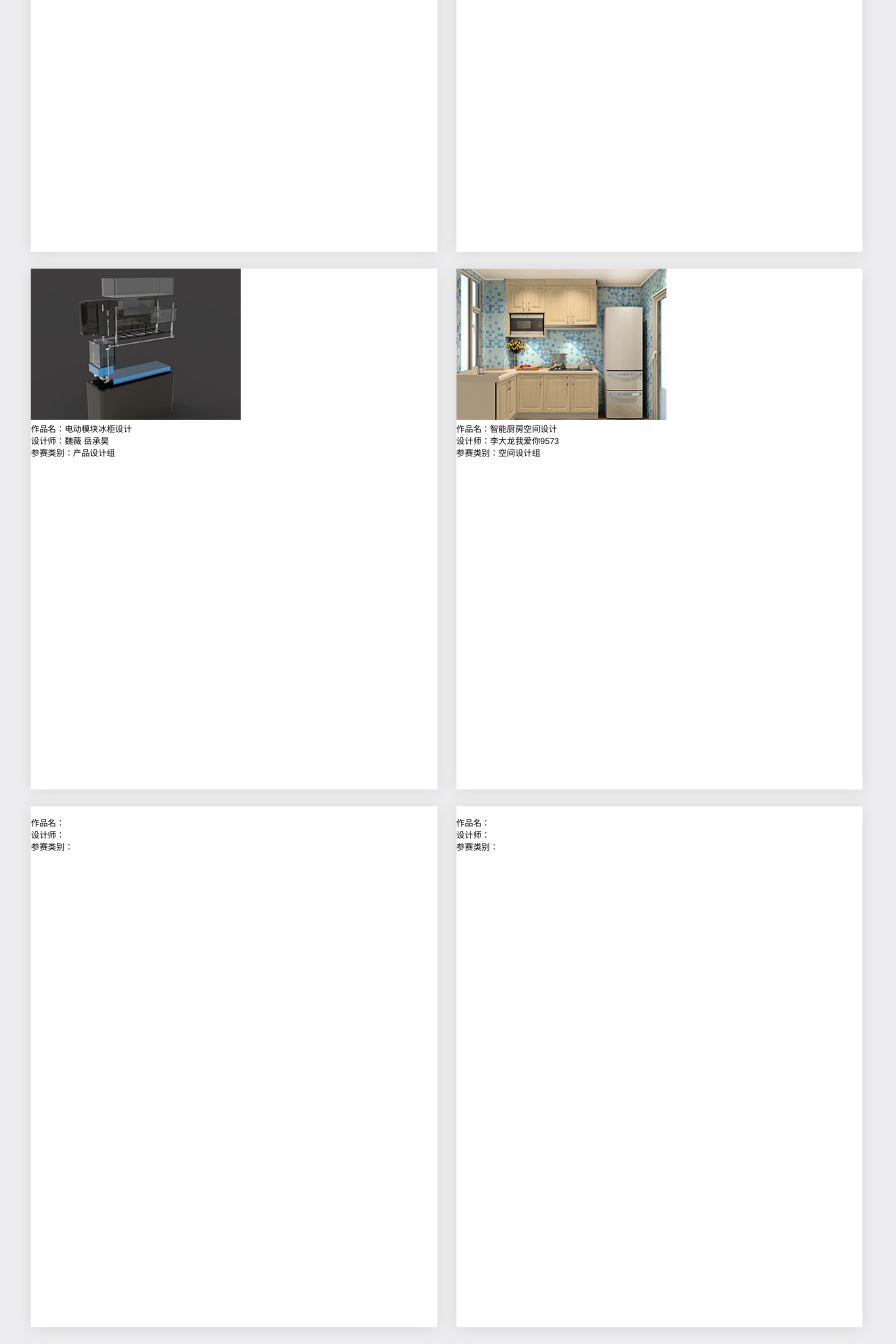
Repository: wangbiaozy/11.16
Page: pingxuan.html
These files come from the project's save history. The page is drawn as it stood at one moment and after the next save; the edit follows.
The browser window is 1280 px wide. The pictures show the part of the page from y = 2507 to 4427 px (the page is 4427 px tall), at 70% of full size.

Above is the page before, as saved 2018-11-16 17:43:02.

### pingxuan.html
<!DOCTYPE html>
<html lang="en">

<head>
    <meta charset="UTF-8">
    <meta name="viewport" content="width=device-width, initial-scale=1.0, maximum-scale=1.0, minimum-scale=1.0, user-scalable=no, viewport-fit=cover">
    <meta http-equiv="X-UA-Compatible" content="ie=edge">
    <title>Document</title>
    <link rel="stylesheet" href="css/reset.min.css">
    <link rel="stylesheet/less" href="css/pingxuan.less">
    <script src="js/less-1.7.0.min.js"></script>
</head>
<body>
    <section>
        <div></div>
        <div>
            <ul>
                <li>
                    <img src="./images/zp_1.png" alt="">
                    <p>作品名：<span>冰雪奇缘合租冰箱</span></p>
                    <p>设计师：<span>王雪菲</span></p>
                    <p>参赛类别：<span>产品设计组</span></p>
                    <a class="zan" href="javascript:void(0)"></a>
                    <a href=""></a>
                </li>
                <li>
                    <img src="./images/zp_2.png" alt="">
                    <p>作品名：<span>智慧家庭空间设计</span></p>
                    <p>设计师：<span>秋风清y51</span></p>
                    <p>参赛类别：<span>空间设计组</span></p>
                    <a class="zan" href="javascript:void(0)"></a>
                    <a href=""></a>
                </li>
                <li>
                    <img src="./images/zp_3.png" alt="">
                    <p>作品名：<span>组合式冰吧</span></p>
                    <p>设计师：<span>王逸心</span></p>
                    <p>参赛类别：<span>产品设计组</span></p>
                    <a class="zan" href="javascript:void(0)"></a>
                    <a href=""></a>
                </li>
                <li>
                    <img src="./images/zp_4.png" alt="">
                    <p>作品名：<span>我的智慧家庭设计作品</span></p>
                    <p>设计师：<span>高远</span></p>
                    <p>参赛类别：<span>空间设计组</span></p>
                    <a class="zan" href="javascript:void(0)"></a>
                    <a href=""></a>
                </li>
                <li>
                    <img src="./images/zp_5.png" alt="">
                    <p>作品名：<span>光·景</span></p>
                    <p>设计师：<span>龚静雯&nbsp;孙利英</span></p>
                    <p>参赛类别：<span>产品设计组</span></p>
                    <a class="zan" href="javascript:void(0)"></a>
                    <a href=""></a>
                </li>
                <li>
                    <img src="./images/zp_6.png" alt="">
                    <p>作品名：<span>智慧卧室空间设计</span></p>
                    <p>设计师：<span>蒲公英的约定</span></p>
                    <p>参赛类别：<span>空间设计组</span></p>
                    <a class="zan" href="javascript:void(0)"></a>
                    <a href=""></a>
                </li>
                <li>
                    <img src="./images/zp_7.png" alt="">
                    <p>作品名：<span>电动模块冰柜设计</span></p>
                    <p>设计师：<span>魏薇&nbsp;岳承昊</span></p>
                    <p>参赛类别：<span>产品设计组</span></p>
                    <a class="zan" href="javascript:void(0)"></a>
                    <a href=""></a>
                </li>
                <li>
                    <img src="./images/zp_8.png" alt="">
                    <p>作品名：<span>智能厨房空间设计</span></p>
                    <p>设计师：<span>李大龙我爱你9573</span></p>
                    <p>参赛类别：<span>空间设计组</span></p>
                    <a class="zan" href="javascript:void(0)"></a>
                    <a href=""></a>
                </li>
                <li>
                    <img src="" alt="">
                    <p>作品名：<span></span></p>
                    <p>设计师：<span></span></p>
                    <p>参赛类别：<span></span></p>
                    <a class="zan" href="javascript:void(0)"></a>
                    <a href=""></a>
                </li>
                <li>
                    <img src="" alt="">
                    <p>作品名：<span></span></p>
                    <p>设计师：<span></span></p>
                    <p>参赛类别：<span></span></p>
                    <a class="zan" href="javascript:void(0)"></a>
                    <a href=""></a>
                </li>
            </ul>
        </div>
    </section>
</body>
</html>
<script src="js/jquery-1.10.1.min.js"></script>
<script src="js/index.js"></script>

### css/reset.min.css
@charset "utf-8";
/*默认样式清除和初始化*/
body,h1,h2,h3,h4,h5,h6,hr,p,blockquote,dl,dt,dd,ul,ol,li,button,input,textarea,th,td{margin:0;padding:0}body{font-size:12px;font-style:normal;font-family:"\5FAE\8F6F\96C5\9ED1",Helvetica,sans-serif}small{font-size:12px}h1{font-size:18px}h2{font-size:16px}h3{font-size:14px}h4,h5,h6{font-size:100%}ul,ol{list-style:none}a{text-decoration:none;background-color:transparent}a:hover,a:active{outline-width:0;text-decoration:none}table{border-collapse:collapse;border-spacing:0}hr{border:0;height:1px}img{border-style:none}img:not([src]){display:none}svg:not(:root){overflow:hidden}html{-webkit-touch-callout:none;-webkit-text-size-adjust:100%}input,textarea,button,a{-webkit-tap-highlight-color:rgba(0,0,0,0)}article,aside,details,figcaption,figure,footer,header,main,menu,nav,section,summary{display:block}audio,canvas,progress,video{display:inline-block}audio:not([controls]),video:not([controls]){display:none;height:0}progress{vertical-align:baseline}mark{background-color:#ff0;color:#000}sub,sup{position:relative;font-size:75%;line-height:0;vertical-align:baseline}sub{bottom:-0.25em}sup{top:-0.5em}button,input,select,textarea{font-size:100%;outline:0}button,input{overflow:visible}button,select{text-transform:none}textarea{overflow:auto}button,html [type="button"],[type="reset"],[type="submit"]{-webkit-appearance:button}button::-moz-focus-inner,[type="button"]::-moz-focus-inner,[type="reset"]::-moz-focus-inner,[type="submit"]::-moz-focus-inner{border-style:none;padding:0}button:-moz-focusring,[type="button"]:-moz-focusring,[type="reset"]:-moz-focusring,[type="submit"]:-moz-focusring{outline:1px dotted ButtonText}[type="checkbox"],[type="radio"]{box-sizing:border-box;padding:0}[type="number"]::-webkit-inner-spin-button,[type="number"]::-webkit-outer-spin-button{height:auto}[type="search"]{-webkit-appearance:textfield;outline-offset:-2px}[type="search"]::-webkit-search-cancel-button,[type="search"]::-webkit-search-decoration{-webkit-appearance:none}::-webkit-input-placeholder{color:inherit;opacity:.54}::-webkit-file-upload-button{-webkit-appearance:button;font:inherit}.clear:after{display:block;height:0;content:"";clear:both}
*{ -webkit-tap-highlight-color: rgba(0,0,0,0);-webkit-tap-highlight-color: transparent; /* For some Androids */ }

### js/index.js
(function (doc, win) {
    var docEl = doc.documentElement,
        resizeEvt = 'orientationchange' in window ? 'orientationchange' : 'resize',
        recalc = function () {
            var clientWidth = docEl.clientWidth;
            if (!clientWidth) return;
            docEl.style.fontSize = 100 * (clientWidth / 750) + 'px';
        };
    if (!doc.addEventListener) return;
    win.addEventListener(resizeEvt, recalc, false);
    doc.addEventListener('DOMContentLoaded', recalc, false);
})(document, window);
$(function () {
    //直播秀点赞
    $('.zan').on('click',function(){
        var $this = $(this);
        var _num = parseInt($this.siblings('span').text());
        $this.hasClass('act') ? '' : $(this).siblings().text(_num+1) && $this.addClass('act');
    });

    //我精彩
    //选项卡
    function tab($selector){
        var $lis = $selector.find('li');
        $lis.on('click',function (){
            var $index = $(this).index();
            $(this).addClass('act').siblings().removeClass('act').end().parent().nextAll('div').eq($index).addClass('bg').siblings('div').removeClass('bg');
        });
    }
    tab($('#tab'));
    //点赞
    $('.zan_btn').on('click',function(){
        var $this = $(this);
        var _num = parseInt($this.siblings('i').text());
        $this.hasClass('act') ? '' : $(this).siblings('i').text(_num+1) && $this.addClass('act');
    });
});

Loaded but not shown: js/less-1.7.0.min.js (library); js/jquery-1.10.1.min.js (library)

After the next save:
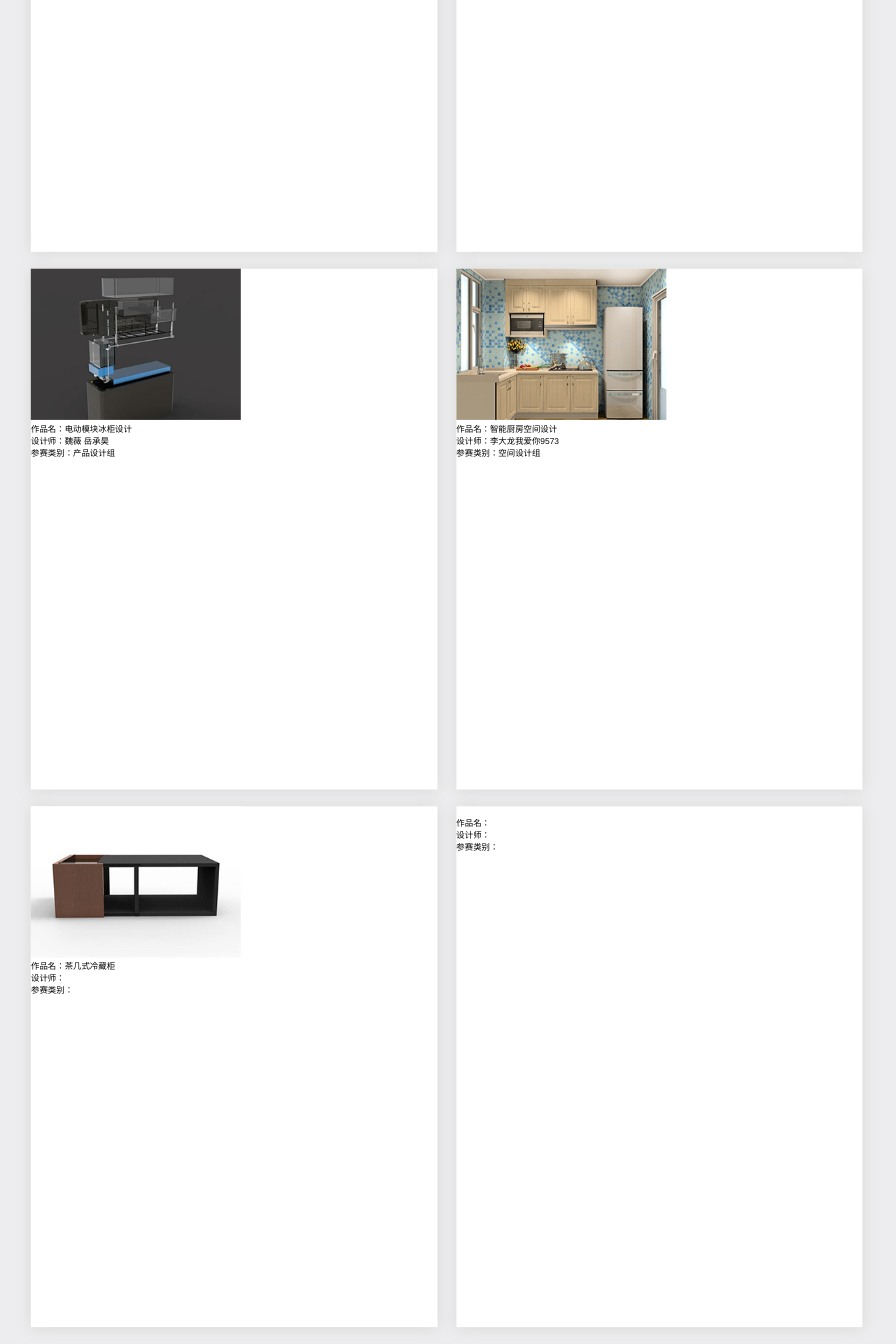
Saved 27 s later.
--- a/pingxuan.html
+++ b/pingxuan.html
@@ -80,8 +80,8 @@
                     <a href=""></a>
                 </li>
                 <li>
-                    <img src="" alt="">
-                    <p>作品名：<span></span></p>
+                    <img src="./images/zp_9.png" alt="">
+                    <p>作品名：<span>茶几式冷藏柜</span></p>
                     <p>设计师：<span></span></p>
                     <p>参赛类别：<span></span></p>
                     <a class="zan" href="javascript:void(0)"></a>
